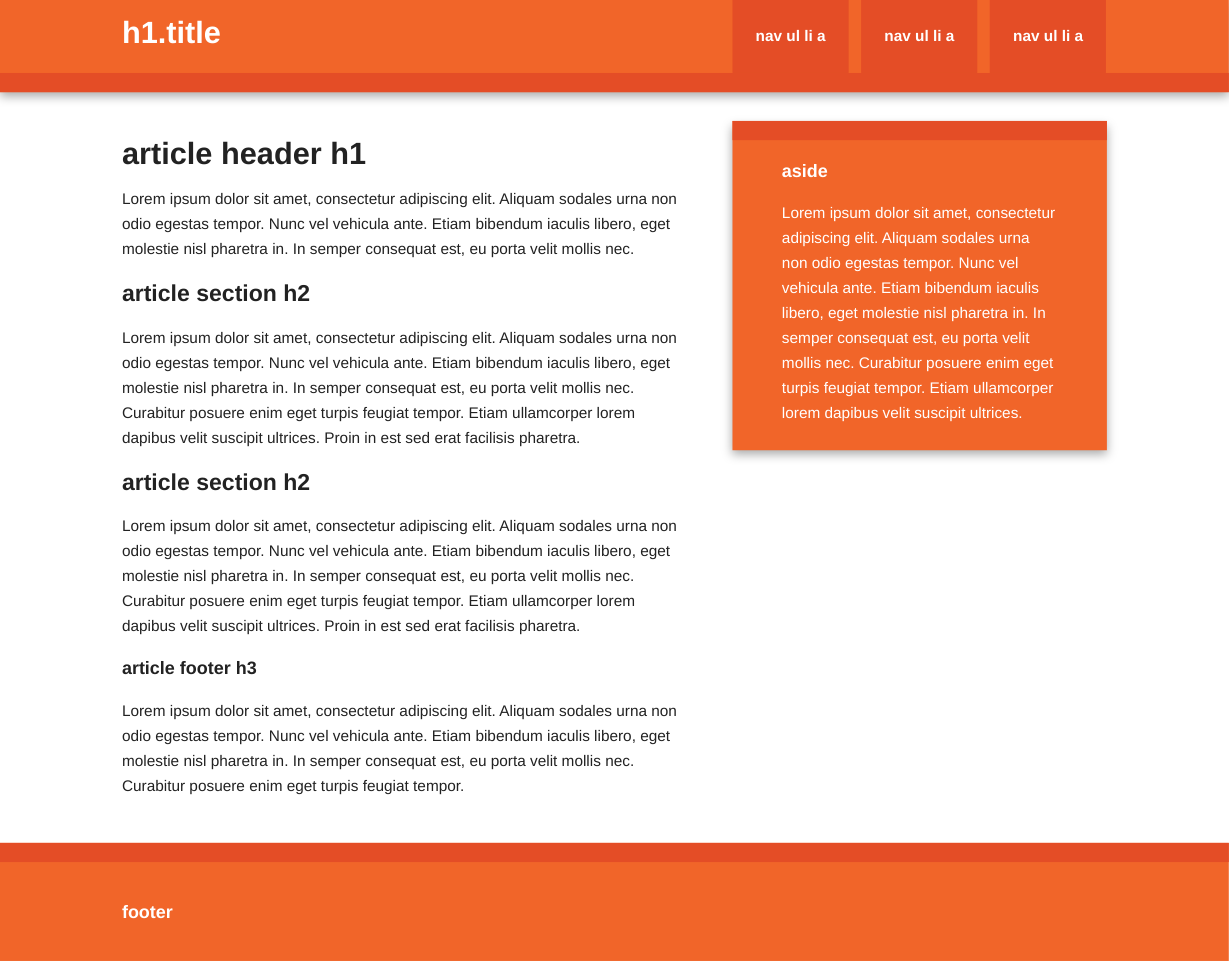
Repository: creativeday/Team4
Page: index.html
The author's editor kept a record of every edit. The page is drawn from the files as they stood at one moment, then again after the next edit.
The browser window is 1280 px wide. The pictures show the whole page, at 96% of full size.
Some web libraries are served in a nearby version.

Above is the page before.

### index.html
<!--

    git add -A
    git commit -m "SomeMessage"
    git pull origin - prevents your changes from conflicting with others' changes
    git push - updates the origin with changes you have made

    to access "http://creativeday.github.io/Team4"

-->


<!DOCTYPE html>
<html class="no-js">
    <head>
        <meta charset="utf-8">
        <meta http-equiv="X-UA-Compatible" content="IE=edge,chrome=1">
        <title></title>
        <meta name="description" content="">
        <meta name="viewport" content="width=device-width, initial-scale=1">

        <link rel="stylesheet" href="css/normalize.min.css">
        <link rel="stylesheet" href="css/main.css">

        <script src="js/vendor/modernizr-2.6.2-respond-1.1.0.min.js"></script>
    </head>
    <body>
        <div class="header-container">
            <header class="wrapper clearfix">
                <h1 class="title">h1.title</h1>
                <nav>
                    <ul>
                        <li><a href="#">nav ul li a</a></li>
                        <li><a href="#">nav ul li a</a></li>
                        <li><a href="#">nav ul li a</a></li>
                    </ul>
                </nav>
            </header>
        </div>

        <div class="main-container">
            <div class="main wrapper clearfix">

                <article>
                    <header>
                        <h1>article header h1</h1>
                        <p>Lorem ipsum dolor sit amet, consectetur adipiscing elit. Aliquam sodales urna non odio egestas tempor. Nunc vel vehicula ante. Etiam bibendum iaculis libero, eget molestie nisl pharetra in. In semper consequat est, eu porta velit mollis nec.</p>
                    </header>
                    <section>
                        <h2>article section h2</h2>
                        <p>Lorem ipsum dolor sit amet, consectetur adipiscing elit. Aliquam sodales urna non odio egestas tempor. Nunc vel vehicula ante. Etiam bibendum iaculis libero, eget molestie nisl pharetra in. In semper consequat est, eu porta velit mollis nec. Curabitur posuere enim eget turpis feugiat tempor. Etiam ullamcorper lorem dapibus velit suscipit ultrices. Proin in est sed erat facilisis pharetra.</p>
                    </section>
                    <section>
                        <h2>article section h2</h2>
                        <p>Lorem ipsum dolor sit amet, consectetur adipiscing elit. Aliquam sodales urna non odio egestas tempor. Nunc vel vehicula ante. Etiam bibendum iaculis libero, eget molestie nisl pharetra in. In semper consequat est, eu porta velit mollis nec. Curabitur posuere enim eget turpis feugiat tempor. Etiam ullamcorper lorem dapibus velit suscipit ultrices. Proin in est sed erat facilisis pharetra.</p>
                    </section>
                    <footer>
                        <h3>article footer h3</h3>
                        <p>Lorem ipsum dolor sit amet, consectetur adipiscing elit. Aliquam sodales urna non odio egestas tempor. Nunc vel vehicula ante. Etiam bibendum iaculis libero, eget molestie nisl pharetra in. In semper consequat est, eu porta velit mollis nec. Curabitur posuere enim eget turpis feugiat tempor.</p>
                    </footer>
                </article>

                <aside>
                    <h3>aside</h3>
                    <p>Lorem ipsum dolor sit amet, consectetur adipiscing elit. Aliquam sodales urna non odio egestas tempor. Nunc vel vehicula ante. Etiam bibendum iaculis libero, eget molestie nisl pharetra in. In semper consequat est, eu porta velit mollis nec. Curabitur posuere enim eget turpis feugiat tempor. Etiam ullamcorper lorem dapibus velit suscipit ultrices.</p>
                </aside>

            </div> <!-- #main -->
        </div> <!-- #main-container -->

        <div class="footer-container">
            <footer class="wrapper">
                <h3>footer</h3>
            </footer>
        </div>

        <script src="//ajax.googleapis.com/ajax/libs/jquery/1.11.1/jquery.min.js"></script>
        <script>window.jQuery || document.write('<script src="js/vendor/jquery-1.11.1.min.js"><\/script>')</script>

        <script src="js/main.js"></script>
    </body>
</html>

### css/main.css
/*! HTML5 Boilerplate v4.3.0 | MIT License | http://h5bp.com/ */

html,
button,
input,
select,
textarea {
    color: #222;
}

html {
    font-size: 1em;
    line-height: 1.4;
}

::-moz-selection {
    background: #b3d4fc;
    text-shadow: none;
}

::selection {
    background: #b3d4fc;
    text-shadow: none;
}

hr {
    display: block;
    height: 1px;
    border: 0;
    border-top: 1px solid #ccc;
    margin: 1em 0;
    padding: 0;
}

audio,
canvas,
img,
video {
    vertical-align: middle;
}

fieldset {
    border: 0;
    margin: 0;
    padding: 0;
}

textarea {
    resize: vertical;
}

.browsehappy {
    margin: 0.2em 0;
    background: #ccc;
    color: #000;
    padding: 0.2em 0;
}


/* ===== Initializr Styles ==================================================
   Author: Jonathan Verrecchia - verekia.com/initializr/responsive-template
   ========================================================================== */

body {
    font: 16px/26px Helvetica, Helvetica Neue, Arial;
}

.wrapper {
    width: 90%;
    margin: 0 5%;
}

/* ===================
    ALL: Orange Theme
   =================== */

.header-container {
    border-bottom: 20px solid #e44d26;
}

.footer-container,
.main aside {
    border-top: 20px solid #e44d26;
}

.header-container,
.footer-container,
.main aside {
    background: #f16529;
}

.title {
    color: white;
}

/* ==============
    MOBILE: Menu
   ============== */

nav ul {
    margin: 0;
    padding: 0;
}

nav a {
    display: block;
    margin-bottom: 10px;
    padding: 15px 0;

    text-align: center;
    text-decoration: none;
    font-weight: bold;

    color: white;
    background: #e44d26;
}

nav a:hover,
nav a:visited {
    color: white;
}

nav a:hover {
    text-decoration: underline;
}

/* ==============
    MOBILE: Main
   ============== */

.main {
    padding: 30px 0;
}

.main article h1 {
    font-size: 2em;
}

.main aside {
    color: white;
    padding: 0px 5% 10px;
}

.footer-container footer {
    color: white;
    padding: 20px 0;
}

/* ===============
    ALL: IE Fixes
   =============== */

.ie7 .title {
    padding-top: 20px;
}

/* ==========================================================================
   Author's custom styles
   ========================================================================== */















/* ==========================================================================
   Media Queries
   ========================================================================== */

@media only screen and (min-width: 480px) {

/* ====================
    INTERMEDIATE: Menu
   ==================== */

    nav a {
        float: left;
        width: 27%;
        margin: 0 1.7%;
        padding: 25px 2%;
        margin-bottom: 0;
    }

    nav li:first-child a {
        margin-left: 0;
    }

    nav li:last-child a {
        margin-right: 0;
    }

/* ========================
    INTERMEDIATE: IE Fixes
   ======================== */

    nav ul li {
        display: inline;
    }

    .oldie nav a {
        margin: 0 0.7%;
    }
}

@media only screen and (min-width: 768px) {

/* ====================
    WIDE: CSS3 Effects
   ==================== */

    .header-container,
    .main aside {
        -webkit-box-shadow: 0 5px 10px #aaa;
           -moz-box-shadow: 0 5px 10px #aaa;
                box-shadow: 0 5px 10px #aaa;
    }

/* ============
    WIDE: Menu
   ============ */

    .title {
        float: left;
    }

    nav {
        float: right;
        width: 38%;
    }

/* ============
    WIDE: Main
   ============ */

    .main article {
        float: left;
        width: 57%;
    }

    .main aside {
        float: right;
        width: 28%;
    }
}

@media only screen and (min-width: 1140px) {

/* ===============
    Maximal Width
   =============== */

    .wrapper {
        width: 1026px; /* 1140px - 10% for margins */
        margin: 0 auto;
    }
}

/* ==========================================================================
   Helper classes
   ========================================================================== */

.ir {
    background-color: transparent;
    border: 0;
    overflow: hidden;
    *text-indent: -9999px;
}

.ir:before {
    content: "";
    display: block;
    width: 0;
    height: 150%;
}

.hidden {
    display: none !important;
    visibility: hidden;
}

.visuallyhidden {
    border: 0;
    clip: rect(0 0 0 0);
    height: 1px;
    margin: -1px;
    overflow: hidden;
    padding: 0;
    position: absolute;
    width: 1px;
}

.visuallyhidden.focusable:active,
.visuallyhidden.focusable:focus {
    clip: auto;
    height: auto;
    margin: 0;
    overflow: visible;
    position: static;
    width: auto;
}

.invisible {
    visibility: hidden;
}

.clearfix:before,
.clearfix:after {
    content: " ";
    display: table;
}

.clearfix:after {
    clear: both;
}

.clearfix {
    *zoom: 1;
}

/* ==========================================================================
   Print styles
   ========================================================================== */

@media print {
    * {
        background: transparent !important;
        color: #000 !important;
        box-shadow: none !important;
        text-shadow: none !important;
    }

    a,
    a:visited {
        text-decoration: underline;
    }

    a[href]:after {
        content: " (" attr(href) ")";
    }

    abbr[title]:after {
        content: " (" attr(title) ")";
    }

    .ir a:after,
    a[href^="javascript:"]:after,
    a[href^="#"]:after {
        content: "";
    }

    pre,
    blockquote {
        border: 1px solid #999;
        page-break-inside: avoid;
    }

    thead {
        display: table-header-group;
    }

    tr,
    img {
        page-break-inside: avoid;
    }

    img {
        max-width: 100% !important;
    }

    @page {
        margin: 0.5cm;
    }

    p,
    h2,
    h3 {
        orphans: 3;
        widows: 3;
    }

    h2,
    h3 {
        page-break-after: avoid;
    }
}

Loaded but not shown: css/normalize.min.css (common file); js/vendor/modernizr-2.6.2-respond-1.1.0.min.js (library); js/main.js (empty)

After the next edit:
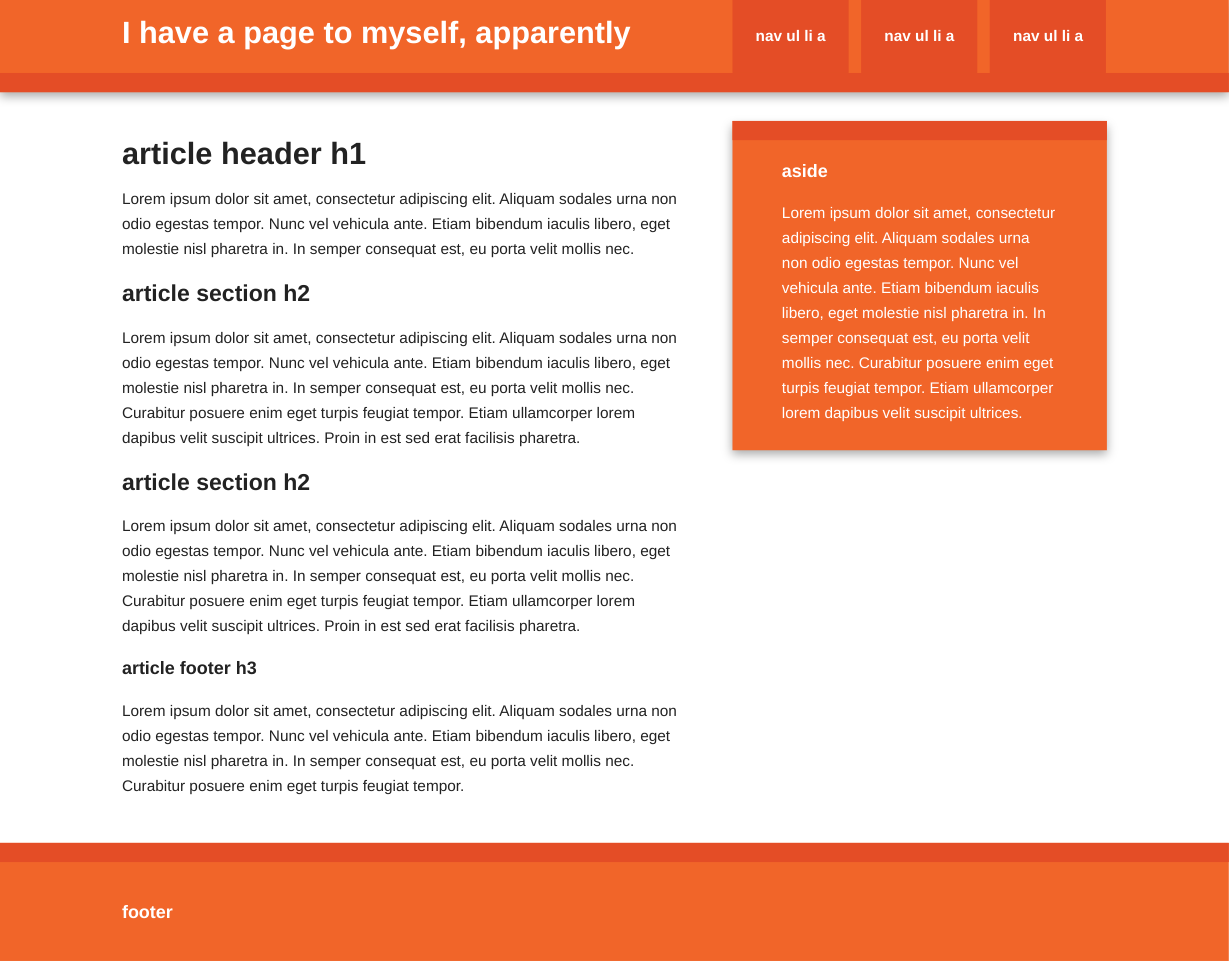
The edit:
--- a/index.html
+++ b/index.html
@@ -27,7 +27,7 @@
     <body>
         <div class="header-container">
             <header class="wrapper clearfix">
-                <h1 class="title">h1.title</h1>
+                <h1 class="title">I have a page to myself, apparently</h1>
                 <nav>
                     <ul>
                         <li><a href="#">nav ul li a</a></li>
